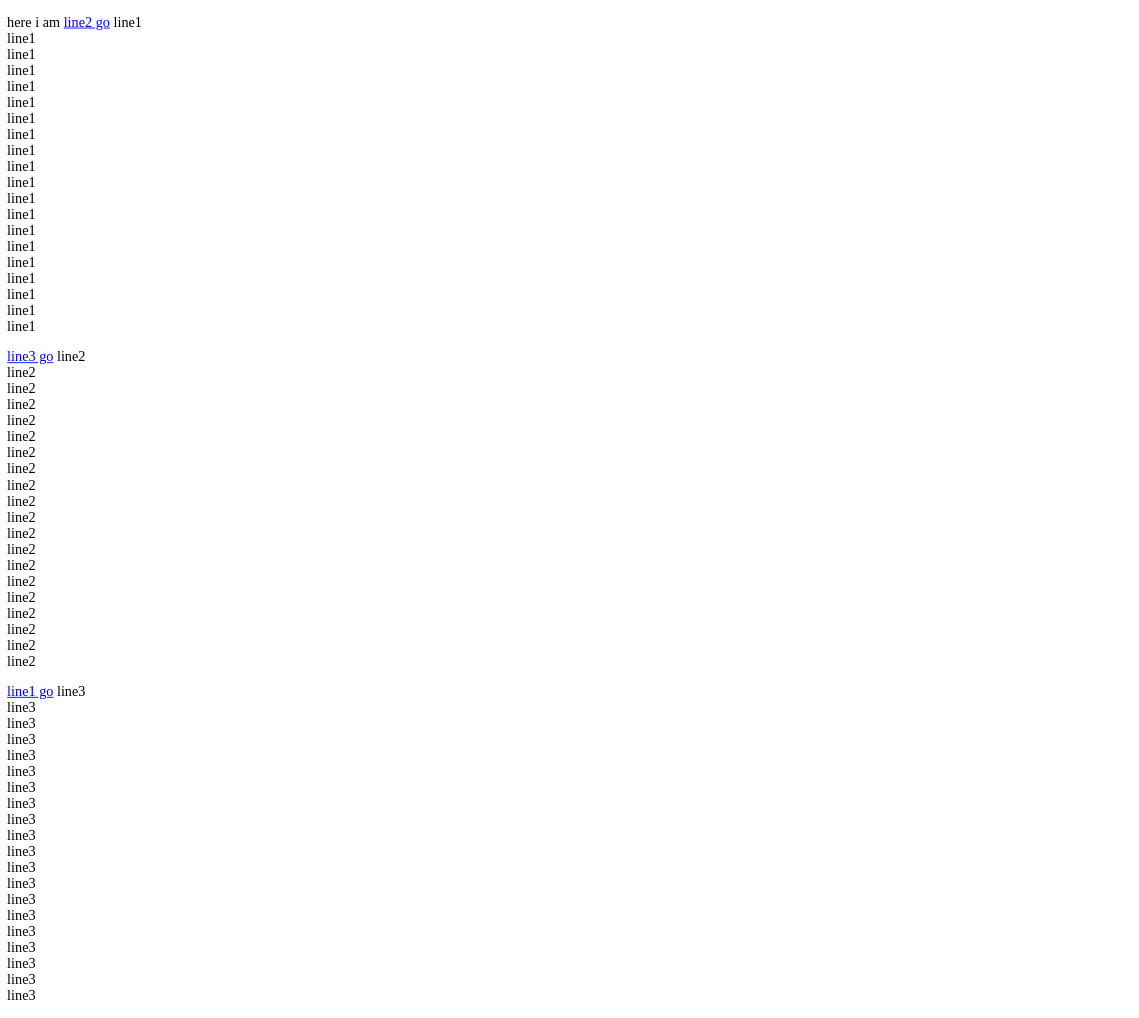
Repository: gunvv00/Java_practice
Page: html_work/html01/WebContent/link02.html
An editor plug-in stored every save of this project. The page is shown before and after the next save, followed by the edit.
The browser window is 1280 px wide. The pictures show the whole page, at 89% of full size.

Above is the page before, as saved 2020-01-02 00:59:10.

### html_work/html01/WebContent/link02.html
<!DOCTYPE html>
<html>
<head>
<meta charset="UTF-8">
<title>Insert title here</title>
</head>
<body>
  <p>
  <a name="line1">here i am</a>
  <a href="#line2">line2 go</a>
  line1<br/>line1<br/>line1<br/>line1<br/>line1<br/>
  line1<br/>line1<br/>line1<br/>line1<br/>line1<br/>
  line1<br/>line1<br/>line1<br/>line1<br/>line1<br/>
  line1<br/>line1<br/>line1<br/>line1<br/>line1<br/>
  </p>
  <p>
  <a name="line2"></a>
  <a href="#line3">line3 go</a>
  line2<br/>line2<br/>line2<br/>line2<br/>line2<br/>
  line2<br/>line2<br/>line2<br/>line2<br/>line2<br/>
  line2<br/>line2<br/>line2<br/>line2<br/>line2<br/>
  line2<br/>line2<br/>line2<br/>line2<br/>line2<br/>
  </p>
  <p>
  <a name="line3"></a>
  <a href="#line1">line1 go</a>
  line3<br/>line3<br/>line3<br/>line3<br/>line3<br/>
  line3<br/>line3<br/>line3<br/>line3<br/>line3<br/>
  line3<br/>line3<br/>line3<br/>line3<br/>line3<br/>
  line3<br/>line3<br/>line3<br/>line3<br/>line3<br/>
  </p>
</body>
</html>

After the next save:
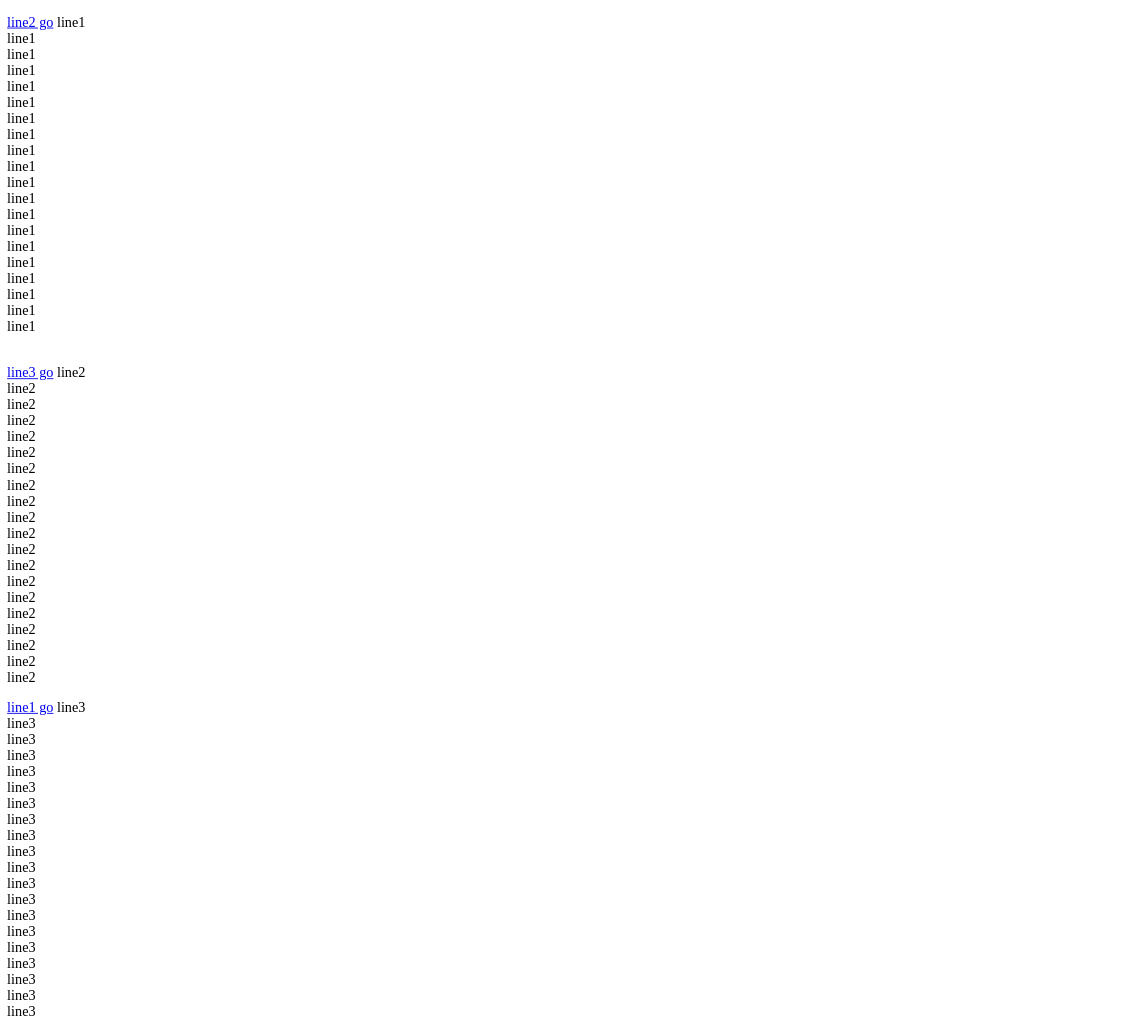
Saved 4 min 0 s later.
--- a/html_work/html01/WebContent/link02.html
+++ b/html_work/html01/WebContent/link02.html
@@ -6,7 +6,7 @@
 </head>
 <body>
   <p>
-  <a name="line1">here i am</a>
+  <a name="#line1"></a>
   <a href="#line2">line2 go</a>
   line1<br/>line1<br/>line1<br/>line1<br/>line1<br/>
   line1<br/>line1<br/>line1<br/>line1<br/>line1<br/>
@@ -15,7 +15,7 @@
   </p>
   <p>
   <a name="line2"></a>
-  <a href="#line3">line3 go</a>
+  <a href="#line3"><br>line3 go</a>
   line2<br/>line2<br/>line2<br/>line2<br/>line2<br/>
   line2<br/>line2<br/>line2<br/>line2<br/>line2<br/>
   line2<br/>line2<br/>line2<br/>line2<br/>line2<br/>
